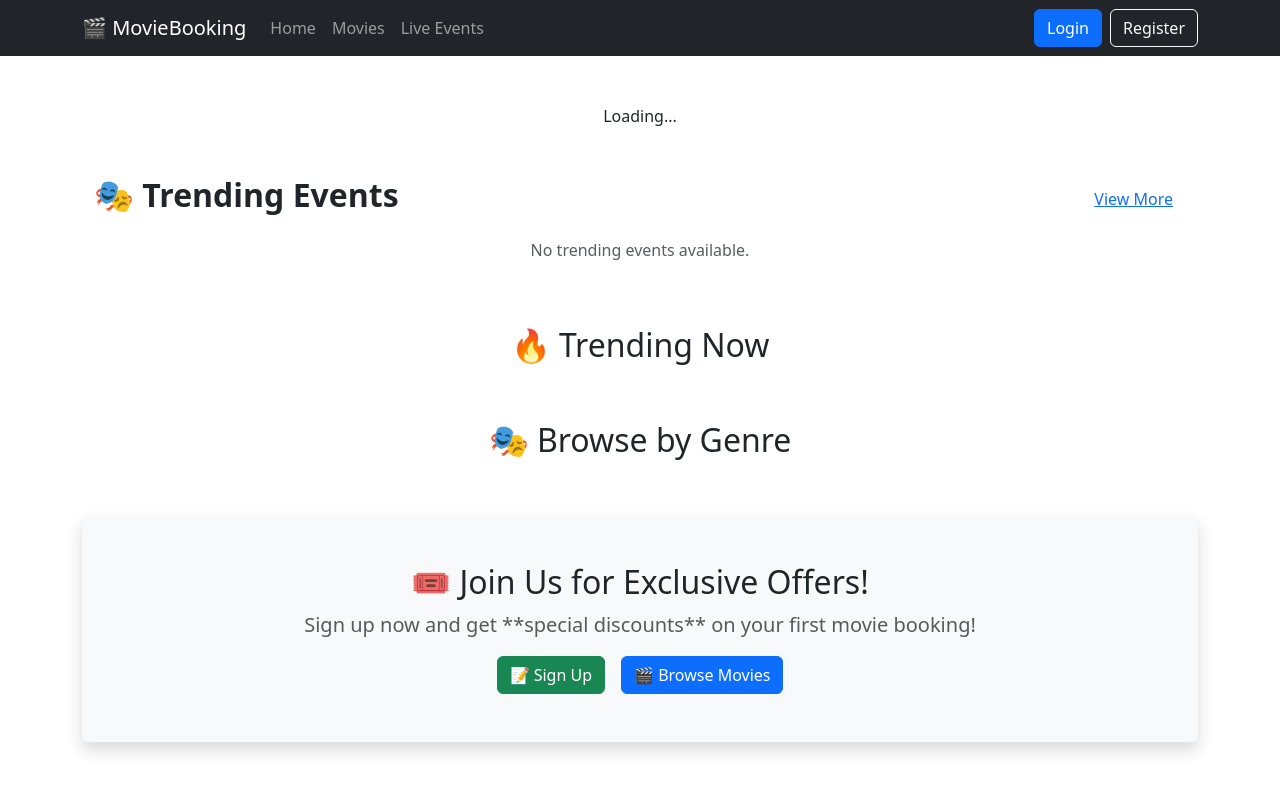
Repository: AshwinUgale/MovieBookingFrontend
Page: /
An editor plug-in stored every save of this project. The page is shown before and after the next save, followed by the edit.
The browser window is 1280 px wide. The pictures show the whole page.
The page's requests for data from a server got no answer. The project was rebuilt for these pictures with package versions that can differ from the ones it lists, and the page was loaded fresh each time. No one was signed in, and anything a server would have sent is missing. Also part of the build but not shown: src/pages/LoginPage.js, src/pages/RegisterPage.js, src/pages/DashboardPage.js, src/utils/PrivateRoute.js, src/pages/MovieList.js, src/pages/ShowtimesPage.js, src/pages/AdminMoviePage.js, src/pages/AdminShowtimePage.js and 5 more.

Above is the page before, as saved 2025-02-27 20:54:00.

After the next save:
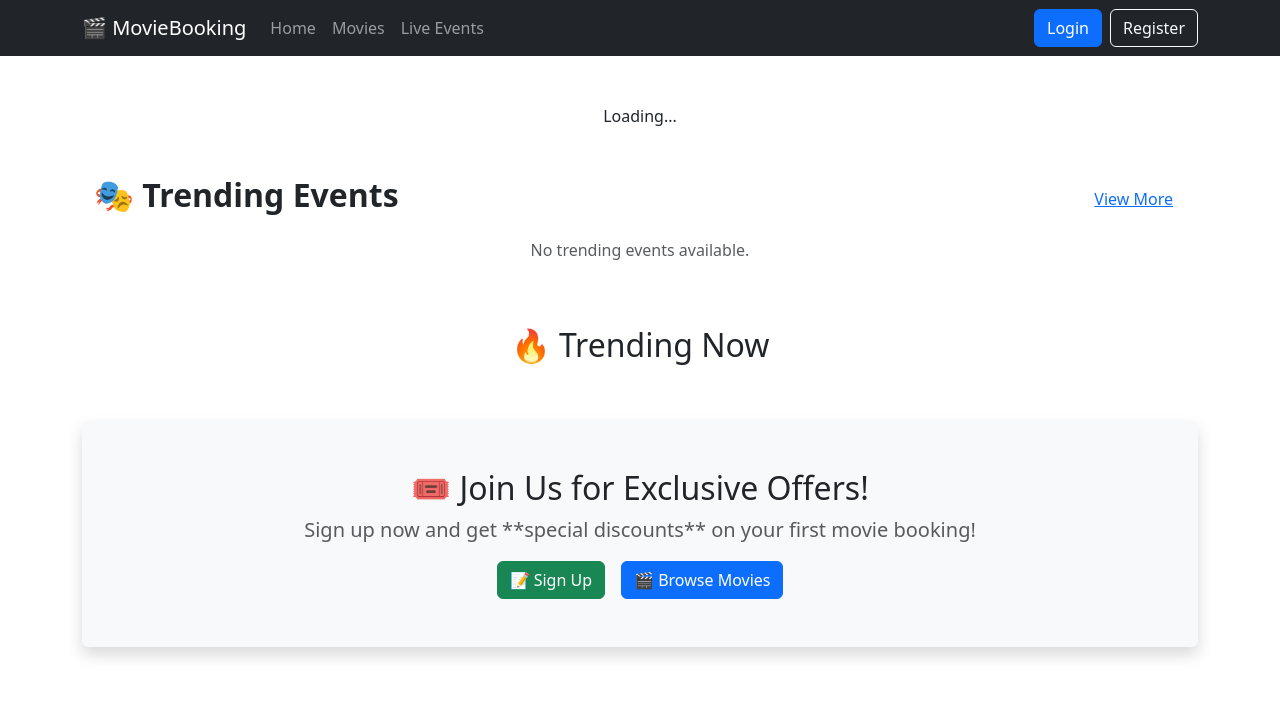
Saved 114 s later.
--- a/src/pages/HomePage.js
+++ b/src/pages/HomePage.js
@@ -1,7 +1,6 @@
 import { Container } from "react-bootstrap";
 import HeroSection from "../components/HeroSection";
 import TrendingMovies from "../components/TrendingMovies"
-import GenreSection from "../components/GenreSection";
 import CallToAction from "../components/CallToAction";
 import TrendingEvents from "../components/TrendingEvents";
 const HomePage = () => {
@@ -18,10 +17,9 @@ const HomePage = () => {
         {/* Trending Movies */}
         <TrendingMovies />
 
-        {/* Browse by Genre */}
-        <GenreSection />
 
-        {/* User Testimonials */}
+
+
 
 
         {/* Call to Action */}
